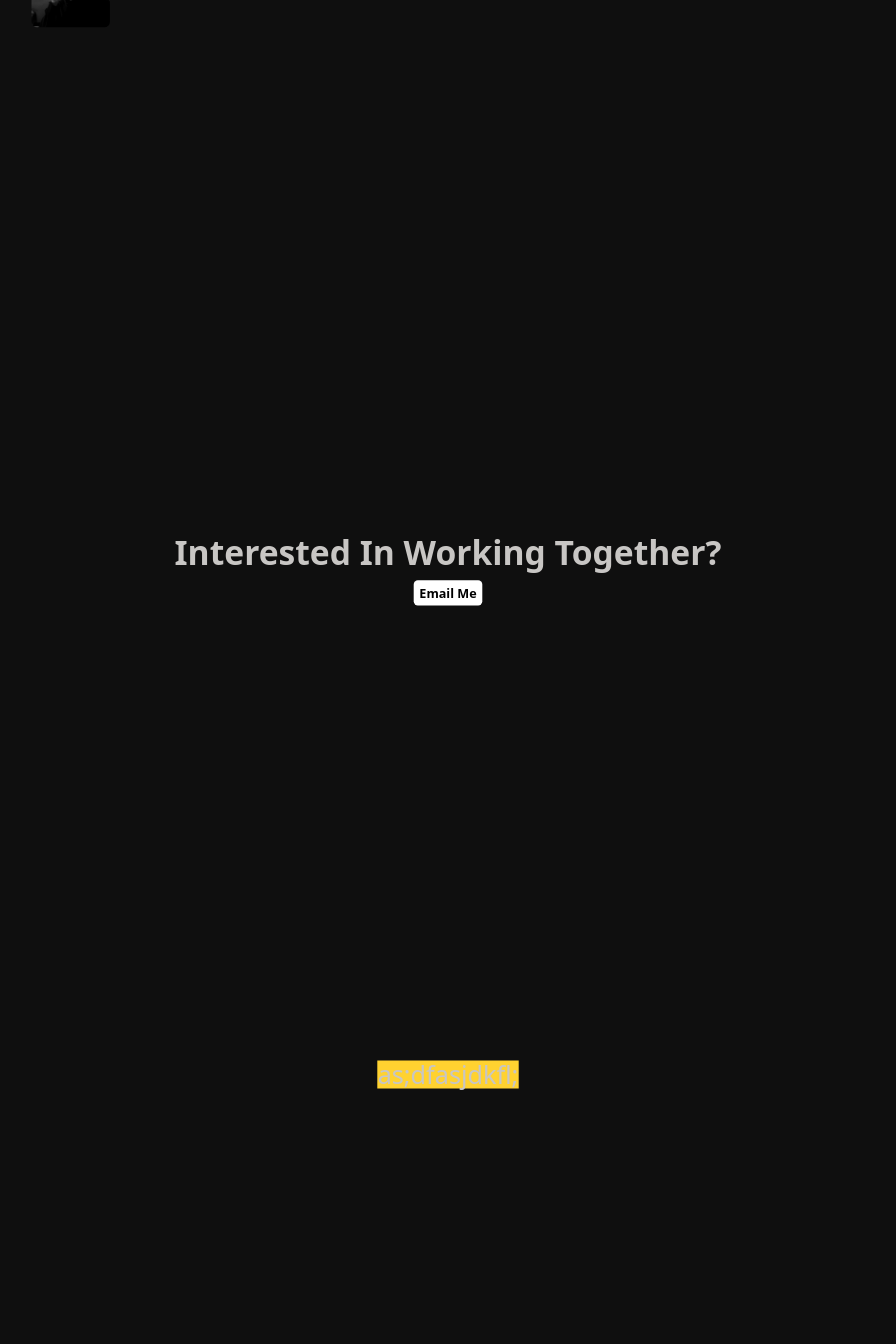
Repository: hitoutvrma/portfolio
Page: /
These files come from the project's save history. The page is drawn as it stood at one moment and after a run of saves; the edit follows.
The browser window is 1280 px wide. The pictures show the part of the page from y = 1010 to 2930 px (the page is 2930 px tall), at 70% of full size.
The project was rebuilt for these pictures with package versions that can differ from the ones it lists, and the page was loaded fresh each time. Also part of the build but not shown: vite.config.js.

Above is the page before, as saved 2025-03-08 21:07:55.

### src/index.css
@import "tailwindcss";
body{
    background-color: #0f0f0f;
    color: #c8c6c4;
    padding: 25px;
}

### src/App.jsx
import WorkTogether from './Components/WorkTogether'
import Front from './Components/Front'
import Work from './Components/Work'
import CursorImagePop from './Components/CursorImagePop'

function App() {

  return (
    <div className=''>

      <Front/>
      <Work/>
      <WorkTogether/>
      <CursorImagePop/>
    </div>
  )
}

export default App

### src/Components/WorkTogether.jsx


function WorkTogether() {
  return (
    <div className='h-screen sm:p-5 flex flex-col justify-center items-center'>
        <div className="flex items-center justify-center flex flex-col gap-4" >
      <p className="sm:text-5xl text-3xl text-center font-bold">
        Interested In Working Together?
        </p>
      <button className="px-2 py-1 text-lg font-bold  bg-white text-black hover:bg-pink-200 cursor-pointer transition-colors duration-300 rounded-md ">Email Me</button>
        </div>

    </div>
  )
}

export default WorkTogether

### src/Components/Front.jsx
import React from 'react'
import {animate, delay, hover, motion} from 'framer-motion'
import AnimatedParagraph from './AnimatedParagraph'
import AnimatedParagraphs from './AnimatedParagraph'
function Front() {
  const name = ["hitesh Verma"]
  const para1 = ["is an award-winning multidisciplinary digital web developer based in India"]
  const para2 = ["creative Director and founder at"]
  const para3 = ["bitCheat"]
  return (
    <div className='sm:h-screen md:h-screen'>
    <div className="sm:flex">
      <div className='hero sm:p-5 sm:text-[3vw] text-[8vw]  sm:w-[53vw]'>
      <logo className='text-4xl sm:text-5xl font-semibold font-[serif]'>hitoutvrma</logo>
        <p className='mt-28 leading-none text-[#8c8c8c]'>
          <span className='text-white font-semibold'><AnimatedParagraphs texts={name} delay={0}/></span>
           <AnimatedParagraph texts={para1 } delay={0.3}/></p>

        <div className='text-xl pt-4'>
          <p className='text-[#8c8c8c]'><AnimatedParagraph texts={para2} delay={0.6}/></p>
          <p className='font-semibold'><AnimatedParagraph texts={para3} delay={0.9}/></p>
          {/* <AnimatedParagraph/> */}
        </div>
        <motion.div initial={{opacity:0, scaleY:0.5}} animate={{opacity:1, scaleY:1}} transition={{duration:2, delay:1.4}} className=' flex sm:text-[2vh] sm:pb-0 pb-12 text-[1.8vh]  sm:pt-25 pt-28 flex-col sm:gap-3 gap-1'>
          <p className='text-[#8c8c8c] pb-4 text-[1.6vh]  sm:text-[2vh]'>CONNECT</p>
          <motion.div
        className="relative w-[90%]  font-bold text-white text-md cursor-pointer"
        initial="initial"
        whileHover="hover"
      >
        <p className='pb-2'>Twitter/X</p>

        {/* Static Gray Line */}
        <div className="absolute left-0 bottom-0 w-full    h-[0.1vh] bg-[#4c4c4c]"></div>

        {/* Animated Green Line */}
        <motion.div
          className="absolute left-0 bottom-0 h-[2px] bg-green-400"
          variants={{
            initial: { width: "0%" },
            hover: { width: "100%" },
            exit: {width: "0%"}
          }}
          transition={{hover: { duration: 2, ease: "easeInOut" },
          exit: { duration: 0.01 } }}
        />
      </motion.div>

      <motion.div
        className="relative w-[90%]  font-bold text-white text-md cursor-pointer"
        initial="initial"
        whileHover="hover"
      >
        <p className='pb-2'>Linkedin</p>

        {/* Static Gray Line */}
        <div className="absolute left-0 bottom-0 w-full    h-[0.1vh] bg-[#8c8c8c]"></div>

        {/* Animated Green Line */}
        <motion.div
          className="absolute left-0 bottom-0 h-[2px] bg-green-400"
          variants={{
            initial: { width: "0%" },
            hover: { width: "100%" },
            exit: {width: "0%"}
          }}
          transition={{hover: { duration: 2, ease: "easeInOut" },
          exit: { duration: 0.01 } }}
        />
      </motion.div>

      <motion.div
        className="relative w-[90%]  font-bold text-white text-md cursor-pointer"
        initial="initial"
        whileHover="hover"
      >
        <p className='pb-2'>Email</p>

        {/* Static Gray Line */}
        <div className="absolute left-0 bottom-0 w-full    h-[0.1vh] bg-[#8c8c8c]"></div>

        {/* Animated Green Line */}
        <motion.div
          className="absolute left-0 bottom-0 h-[2px] bg-green-400"
          variants={{
            initial: { width: "0%" },
            hover: { width: "100%" },
            exit: {width: "0%"}
          }}
          transition={{hover: { duration: 2, ease: "easeInOut" },
          exit: { duration: 0.01 } }}
        />
      </motion.div>

      <motion.div
        className="relative w-[90%]  font-bold text-white text-md cursor-pointer"
        initial="initial"
        whileHover="hover"
      >
        <p className='pb-2'>Instagram</p>

        {/* Static Gray Line */}
        <div className="absolute left-0 bottom-0 w-full    h-[0.1vh] bg-[#8c8c8c]"></div>

        {/* Animated Green Line */}
        <motion.div
          className="absolute left-0 bottom-0 h-[2px] bg-[#4285F4]"
          variants={{
            initial: { width: "0%" },
            hover: { width: "100%" },
            exit: {width: "0%"}
          }}
          transition={{hover: { duration: 2, ease: "easeInOut" },
          exit: { duration: 0.01 } }}
        />
      </motion.div>
        </motion.div>
        </div>

        <motion.div  // Faster hover scale effect
  initial={{ opacity: 0, scale: 0.9 }}
  animate={{ opacity: 1, scale: 1 }}
  transition={{ duration: 1.5, delay: 1.5 }} // Reduced duration so hover works smoothly
  style={{ backgroundImage: "url('/user.jpg')" }}
  className='bg-cover sm:bg-[center_top_60%] bg-[center_top_80%] w-[95%] h-[50vh] sm:w-[43vw] sm:h-[92vh] bg-[#3a3a3a] rounded-md'>
</motion.div>


      </div>
        </div>
  )
}

export default Front

### src/Components/Work.jsx
import React from 'react'
import Card from './Card'

function Work() {
  return (
    <div className='h-auto min-h-screen sm:p-5 '>
      <div className='pt-15  pb-15'><p>WORK & PROJECTS</p></div>
      <div className='grid grid-cols-1 sm:grid-cols-2 md:grid-cols-3 lg:grid-cols-4 gap-y-10 gap-x-8'>
        <Card bgImage={'/user.jpg'}
         name={"honeytype"}
         width={"sm:w-28"}
         height={"sm:h-35"}
         />

      </div>
    </div>
  )
}

export default Work

### src/Components/CursorImagePop.jsx
import { useState, useEffect } from "react";

const CursorImagePop = () => {
    const images = ["/1.jpg", "/r.jpg", "/3.jpg", "/4.jpg", "/5.jpg","/6.jpg"]; // Image list
    const [imageIndex, setImageIndex] = useState(0);
    const [positions, setPositions] = useState([]);
    const minDistance = 120; // Minimum distance to trigger next image

    useEffect(() => {
        const handleMouseMove = (e) => {
            if (positions.length > 0) {
                const lastPos = positions[positions.length - 1];
                const distance = Math.sqrt((e.clientX - lastPos.x) ** 2 + (e.clientY - lastPos.y) ** 2);
                if (distance < minDistance) return;
            }

            const newImage = {
                id: Date.now(),
                src: images[imageIndex],
                x: e.clientX,
                y: e.clientY
            };

            setPositions((prev) => [...prev, newImage]);

            setImageIndex((prev) => (prev + 1) % images.length);

            setTimeout(() => {
                setPositions((prev) => prev.filter((img) => img.id !== newImage.id));
            }, 3000); // Remove after 10 sec
        };

        window.addEventListener("mousemove", handleMouseMove);
        return () => window.removeEventListener("mousemove", handleMouseMove);
    }, [imageIndex, positions]);

    return (
        <div className="relative flex justify-center  items-center" style={{ height: "100vh", overflow: "hidden" }}>
            <div className="absolute z-120 bg-amber-300 text-4xl ">as;dfasjdkfl;</div>
            {positions.map((img) => (
                <img
                    key={img.id}
                    src={img.src}
                    alt=""
                    className="pop-image opacity-100"
                    style={{
                        position: "absolute",
                        width: "260px",
                        height: "auto",
                        pointerEvents: "none",
                        transform: "translate(-50%, -50%)",
                        left: img.x,
                        top: img.y,
                        transition: "opacity 4s ease-out"
                    }}
                />
            ))}
        </div>
    );
};

export default CursorImagePop;

### src/Components/AnimatedParagraph.jsx
import { motion } from "framer-motion";

export default function AnimatedParagraphs({ texts, delay = 0.5 }) {
  return (
    // <div className="flex justify-center items-center h-screen bg-black text-white p-10 flex-col">
      <motion.div
        initial="hidden"
        animate="visible"
        variants={{
          hidden: {},
          visible: {
            transition: { staggerChildren: delay },
          },
        }}
      >
        {texts.map((text, i) => (
          <motion.p
            key={i}

            initial={{ opacity: 0 }} // Initially hidden
            animate={{ opacity: 1 }} // Fully visible
            transition={{ duration: 0.5, delay: delay }} // Delays each paragraph based on index
          >
            {text.split(" ").map((word, index) => (
              <motion.span
                key={index}
                className="mr-1 inline-block"
                initial={{ opacity: 0.05, x: -4 }}
                animate={{ opacity: 1, x: 0 }}
                transition={{ duration: 5, ease: "linear", delay: delay }} // Delay applied properly
              >
                {word}
              </motion.span>
            ))}
          </motion.p>
        ))}
      </motion.div>
    // </div>
  );
}

### src/Components/Card.jsx
import { motion, useInView } from "framer-motion";
import { useRef } from "react";

function Card({ width = "sm:w-[18vw]", height = "sm:h-[30vh]", name, bgImage }) {
  const ref = useRef(null);
  const isInView = useInView(ref, { once: true, margin: "-50px" });

  return (
    <div>

    <motion.div
      ref={ref}
      initial={{ y: 40, scale: 0.8, opacity: 0 }}
      animate={isInView ? { y: 0, scale: 1, opacity: 1 } : {}}
      transition={{ duration: 1, ease: "easeOut" }}
      style={{
        // height: `${height}vh`,
        // width: `${width}vw`,
        backgroundImage: `url(${bgImage})`,
        backgroundSize: "cover",
        backgroundPosition: "center"
      }}
      className={`relative card group bg-amber-300 overflow-hidden rounded-lg h-[45vh] w-[85vw] ${width} ${height}  `}
      >
      {/* Name (Hidden initially, appears on hover) */}
      <h1 className="absolute top-2 left-2 text-white text-[1.9vh] sm:opacity-0 sm:-translate-y-4 transition-all sm:duration-300 sm:group-hover:opacity-100 sm:group-hover:translate-y-0">
        {name}
      </h1>

      {/* Footer (Hidden initially, appears on hover) */}
      <footer className="absolute bottom-0 left-0 right-0 flex gap-2 p-3 sm:p-2 sm:opacity-0 sm:translate-y-4 transition-all sm:duration-300 sm:group-hover:opacity-100 sm:group-hover:translate-y-0">
        <button className="px-2 py-1 backdrop-blur-xl bg-white/30 text-white text-[1.5vh]">
          Web
        </button>
        <button className="px-2 py-1 backdrop-blur-xl bg-white/30 text-white text-[1.5vh]">
          React
        </button>
      </footer>
    </motion.div>

    </div>

  );
}

export default Card;

Loaded but not shown: index.html (common file); src/main.jsx (common file)

After the next 3 saves:
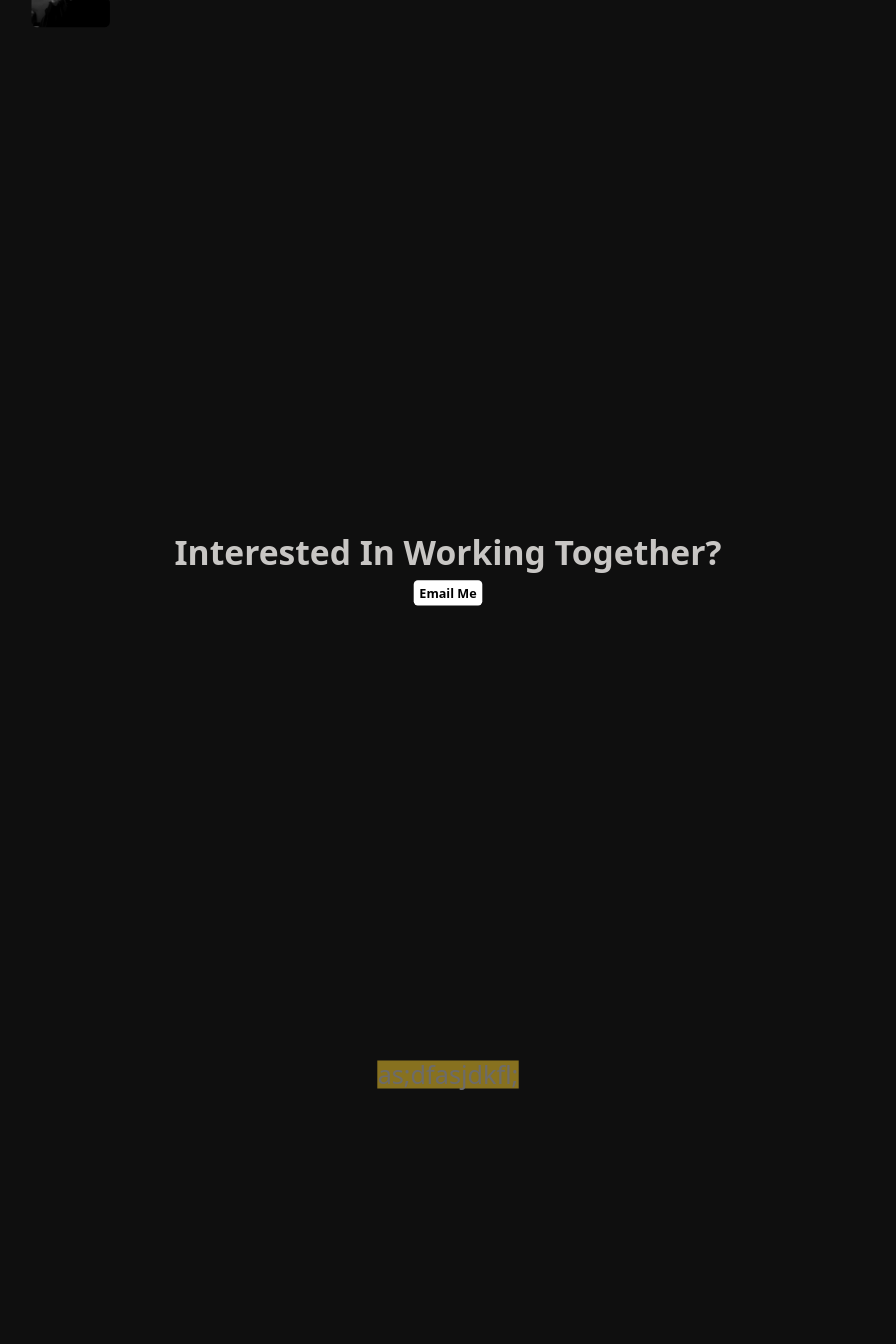
The 3 saves are shown as one change because they came seconds apart.
The last was saved 12 s later.
--- a/src/Components/CursorImagePop.jsx
+++ b/src/Components/CursorImagePop.jsx
@@ -35,7 +35,7 @@ const CursorImagePop = () => {
     }, [imageIndex, positions]);
 
     return (
-        <div className="relative flex justify-center  items-center" style={{ height: "100vh", overflow: "hidden" }}>
+        <div className="relative flex justify-center  items-center" style={{ height: "100vh",opacity:0.5, overflow: "hidden" }}>
             <div className="absolute z-120 bg-amber-300 text-4xl ">as;dfasjdkfl;</div>
             {positions.map((img) => (
                 <img
